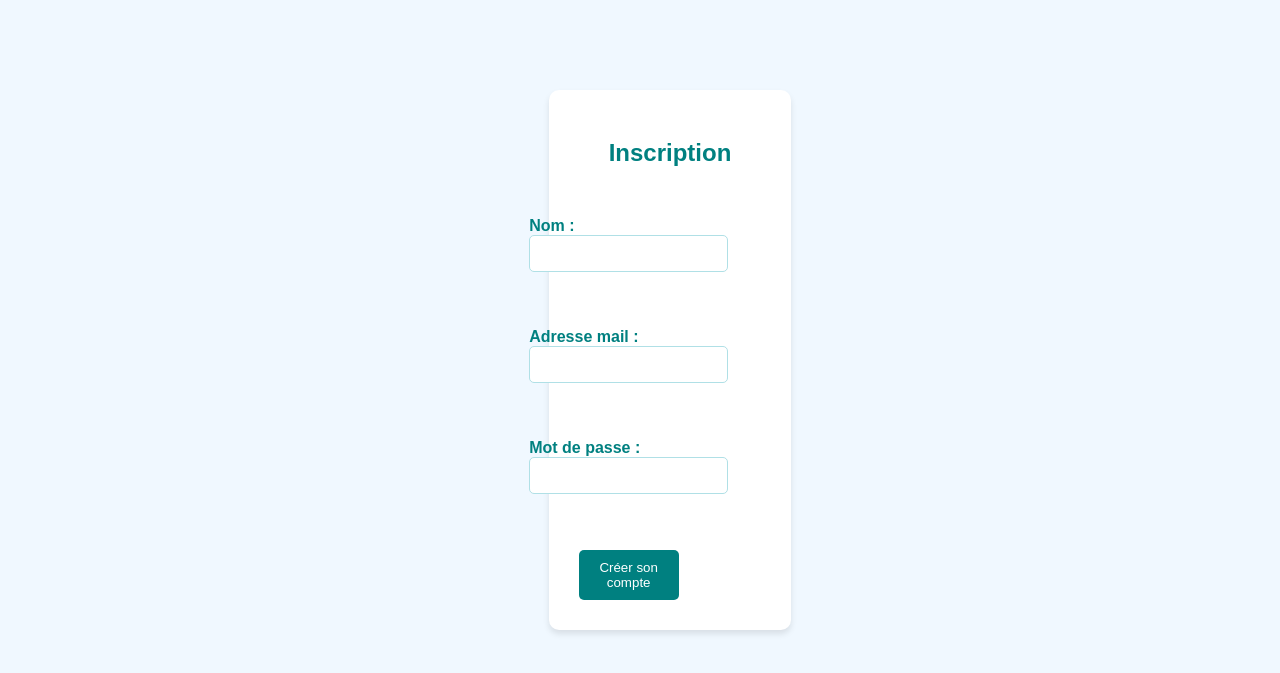
Repository: marwaouahouah1/OdysseyOfMemories
Page: /SignUpUser (app in frontend/)
The author's editor kept a copy of each file at every save. The page is drawn from the files as they stood at one save, then again after a run of saves.
The browser window is 1280 px wide. The pictures show the whole page.
The project was rebuilt for these pictures with package versions that can differ from the ones it lists, and the page was loaded fresh each time. Also part of the build but not shown: frontend/src/Connexion/Login.js, frontend/src/App.js, frontend/src/Profile/Profile.js.

Above is the page before, as saved 2023-04-01 17:20:57.

After the next 4 saves:
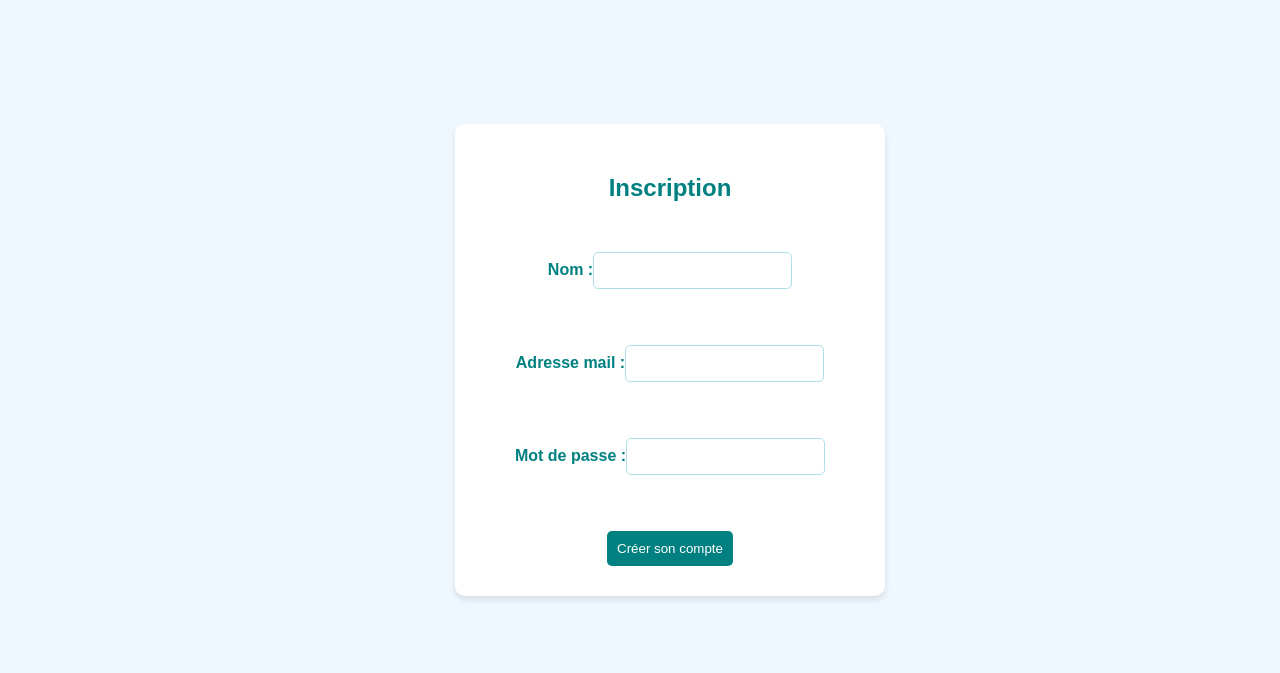
The 4 saves are shown as one change because 1 did not build or start and some came seconds apart.
The last was saved 21 s later.
--- a/frontend/src/SignUp/SignUpUser.js
+++ b/frontend/src/SignUp/SignUpUser.js
@@ -32,7 +32,7 @@ function SignUpUser() {
     <div className='app'>
     <span style={{textAlign:"center", marginBottom:"20px"}}><h2>Inscription</h2></span>
 
-    <form style={{width:"100px" }}onSubmit={handleSubmit}>
+    <form style={{display:"flex" }}onSubmit={handleSubmit}>
       <label>
         Nom :
         <input
